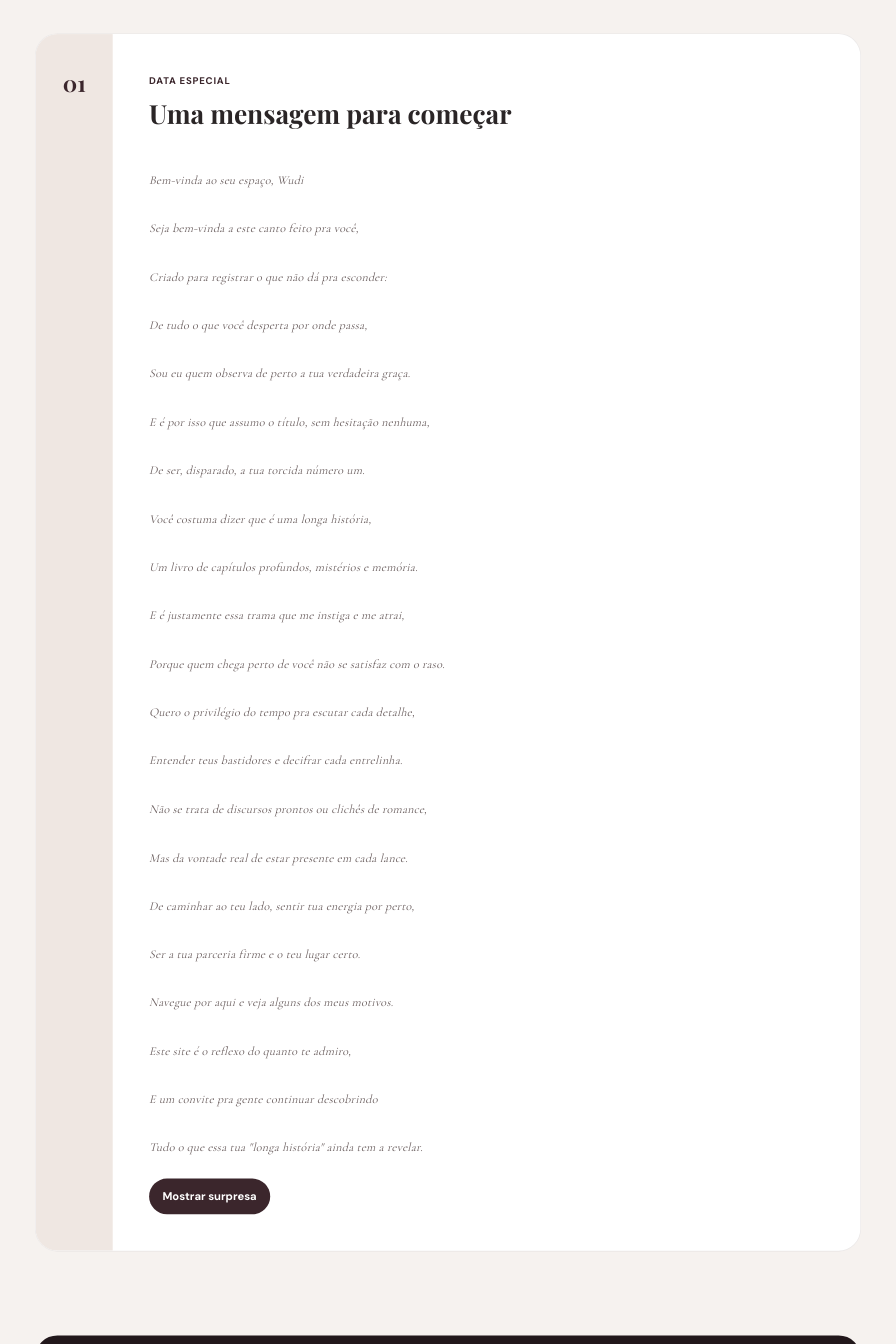
Repository: rrresck/do-seu-fa-numero-1
Page: index.html
These files come from the project's save history. The page is drawn as it stood at one moment and after the next save; the edit follows.
The browser window is 1280 px wide. The pictures show the part of the page from y = 1394 to 3314 px (the page is 3956 px tall before and 3542 px after), at 70% of full size.

Above is the page before, as saved 2026-07-24 18:17:49.

### index.html
<!DOCTYPE html>
<html lang="pt-BR">
<head>
    <meta charset="UTF-8">
    <meta
        name="viewport"
        content="width=device-width, initial-scale=1.0"
    >

    <meta
        name="description"
        content="Uma página especial feita para a Wudi, pelo seu fã número 1."
    >

    <title>Do seu fã número 1</title>

    <link rel="preconnect" href="https://fonts.googleapis.com">
    <link rel="preconnect" href="https://fonts.gstatic.com" crossorigin>

    <link
        href="https://fonts.googleapis.com/css2?family=DM+Sans:wght@400;500;600;700&family=Playfair+Display:wght@600;700&display=swap"
        rel="stylesheet"
    >

    <link
    href="https://fonts.googleapis.com/css2?family=Cormorant+Garamond:wght@400;500;600&display=swap"
    rel="stylesheet">

    <link rel="stylesheet" href="css/styles.css">
</head>

<body>
    <header class="hero">
        <nav class="navigation container">
            <a href="#inicio" class="logo">
                Do seu fã nº 1
            </a>

            <a href="#lembrancas" class="navigation-link">
                Capítulos
            </a>
        </nav>

    <div class="hero-content container" id="inicio">
        <div class="hero-copy">
                <span class="eyebrow">Uma pequena homenagem</span>

                <h1>Do seu fã nº 1</h1>

                <p class="hero-description">
                    Uma página feita com carinho para guardar mensagens,
                    momentos e lembranças especiais da Wudi.
                </p>

        <div class="hero-actions">
                    <a href="#lembrancas" class="button button-primary">
                        Ver capítulos!
                    </a>

                    <button
                        type="button"
                        class="button button-secondary"
                        id="musicButton"
                        aria-pressed="false"
                    >
                        Música do dia!
                    </button>
        </div>
    </div>

            <figure class="hero-photo">
                <img
                    src="img/wudi-destaque.jpg"
                    alt="Retrato especial da Wudi"
                >

                <figcaption>
                    A pessoa que inspirou esta página.
                </figcaption>
            </figure>
        </div>
        </div>

        <div class="hero-decoration" aria-hidden="true">
            <span>✦</span>
            <span>♡</span>
            <span>✦</span>
        </div>
    </header>

    <main>
        <section class="intro-section container">
            <div class="intro-card">
                <span class="section-label">Para a Wudi</span>

                <h2>Motivos pelos quais sou seu fã número 1!</h2>

                <p>
                    Este espaço irá reunir fotos, mensagens, músicas,
                    datas importantes e tudo aquilo que faz você
                    se tornar especial.
                </p>
            </div>
        </section>

        <section
            class="memories-section container"
            id="lembrancas"
        >
            <div class="section-heading">
                <span class="section-label">
                    Coisas que me encantam
                </span>

                <h2>
                    Memórias que me fazem sorrir
                </h2>

                <p>
                    Um detalhe por vez, um capítulo por dia.
                </p>
                <p>
                    Clique nos cartões para revelar cada momento.
                </p>
            </div>

            <div class="memories-grid">
                <article class="memory-card">
                    <div class="memory-number">01</div>

                    <div class="memory-content">
                        <time datetime="2026-01-01">
                            Data especial
                        </time>

                        <h3>Uma mensagem para começar</h3>

                        <blockquote class="memory-poem">
                        Bem-vinda ao seu espaço, Wudi

                        Seja bem-vinda a este canto feito pra você,

                        Criado para registrar o que não dá pra esconder:

                        De tudo o que você desperta por onde passa,

                        Sou eu quem observa de perto a tua verdadeira graça.

                        E é por isso que assumo o título, sem hesitação nenhuma,

                        De ser, disparado, a tua torcida número um.

                        Você costuma dizer que é uma longa história,

                        Um livro de capítulos profundos, mistérios e memória.

                        E é justamente essa trama que me instiga e me atrai,

                        Porque quem chega perto de você não se satisfaz com o raso.

                        Quero o privilégio do tempo pra escutar cada detalhe,

                        Entender teus bastidores e decifrar cada entrelinha.

                        Não se trata de discursos prontos ou clichês de romance,

                        Mas da vontade real de estar presente em cada lance.

                        De caminhar ao teu lado, sentir tua energia por perto,

                        Ser a tua parceria firme e o teu lugar certo.

                        Navegue por aqui e veja alguns dos meus motivos.

                        Este site é o reflexo do quanto te admiro,

                        E um convite pra gente continuar descobrindo

                        Tudo o que essa tua "longa história" ainda tem a revelar.
                            </blockquote>

                        <button
                            type="button"
                            class="reveal-button"
                            data-target="memoryImage1"
                        >
                            Mostrar surpresa
                        </button>

                        <div class="memory-image-wrapper"
                        id="memoryImage1"
                        hidden
                        >
                        <img src="img/foto-1.jpg"
                        alt="Primeira lembrança dedicada à Wudi"
                        >

                        <div class="memory-caption">
                            <span class="memory-caption-label">
                            O que eu nunca te disse:
                            </span>

                            <p>
                            Acho que essa foto transmite toda a sua leveza, Wudi! S2
                            </p>
                        </div>
                        </div>
                    </div>
                   </article>
               </div>
        </section>

        <section class="closing-section">
            <div class="container">
                <div class="closing-card">
                    <span class="closing-symbol" aria-hidden="true">
                        ♡
                    </span>

                    <h2>Feito para a Wudi</h2>

                    <p>
                        Porque algumas pessoas merecem páginas inteiras,
                        não apenas mensagens rápidas.
                    </p>

                    <span class="signature">
                        — Do seu fã número 1
                    </span>
                </div>
            </div>
        </section>
    </main>

    <footer>
        <div class="container footer-content">
            <p>
                Feito com carinho para a Wudi.
            </p>

            <a href="#inicio">
                Voltar ao início
            </a>
        </div>
    </footer>

    <audio id="backgroundMusic" loop>
        <source src="audio/musica.mp3" type="audio/mpeg">
    </audio>

    <script src="script.js"></script>
</body>
</html>

Loaded but not shown: script.js (51 lines, source omitted); css/styles.css (868 lines, source omitted)

After the next save:
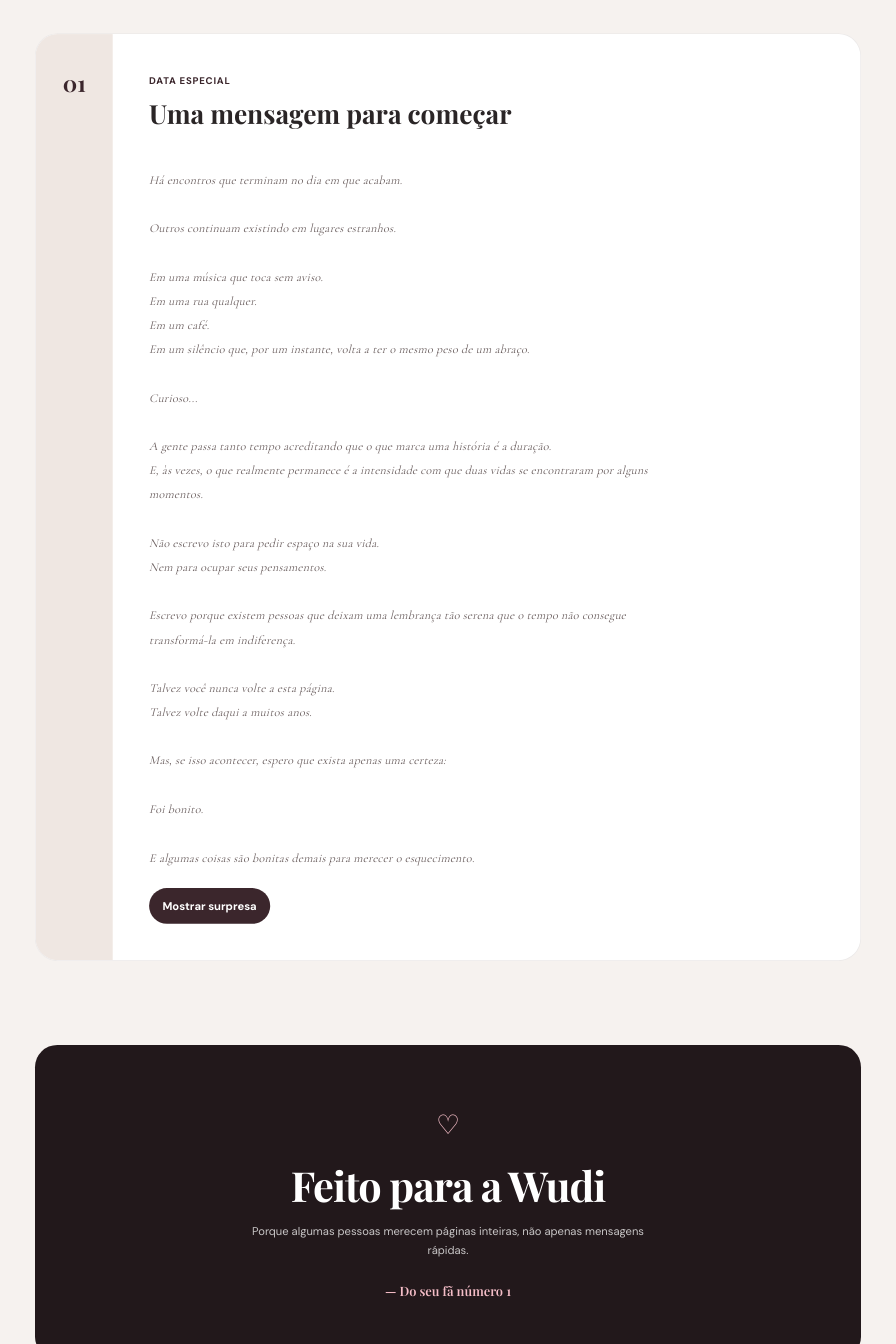
Saved 39 min 26 s later.
--- a/index.html
+++ b/index.html
@@ -136,47 +136,33 @@
                         <h3>Uma mensagem para começar</h3>
 
                         <blockquote class="memory-poem">
-                        Bem-vinda ao seu espaço, Wudi
-
-                        Seja bem-vinda a este canto feito pra você,
-
-                        Criado para registrar o que não dá pra esconder:
-
-                        De tudo o que você desperta por onde passa,
-
-                        Sou eu quem observa de perto a tua verdadeira graça.
-
-                        E é por isso que assumo o título, sem hesitação nenhuma,
-
-                        De ser, disparado, a tua torcida número um.
-
-                        Você costuma dizer que é uma longa história,
-
-                        Um livro de capítulos profundos, mistérios e memória.
-
-                        E é justamente essa trama que me instiga e me atrai,
-
-                        Porque quem chega perto de você não se satisfaz com o raso.
-
-                        Quero o privilégio do tempo pra escutar cada detalhe,
-
-                        Entender teus bastidores e decifrar cada entrelinha.
-
-                        Não se trata de discursos prontos ou clichês de romance,
-
-                        Mas da vontade real de estar presente em cada lance.
-
-                        De caminhar ao teu lado, sentir tua energia por perto,
-
-                        Ser a tua parceria firme e o teu lugar certo.
-
-                        Navegue por aqui e veja alguns dos meus motivos.
-
-                        Este site é o reflexo do quanto te admiro,
-
-                        E um convite pra gente continuar descobrindo
-
-                        Tudo o que essa tua "longa história" ainda tem a revelar.
+                            Há encontros que terminam no dia em que acabam.
+
+                            Outros continuam existindo em lugares estranhos.
+
+                            Em uma música que toca sem aviso.
+                            Em uma rua qualquer.
+                            Em um café.
+                            Em um silêncio que, por um instante, volta a ter o mesmo peso de um abraço.
+
+                            Curioso...
+
+                            A gente passa tanto tempo acreditando que o que marca uma história é a duração.
+                            E, às vezes, o que realmente permanece é a intensidade com que duas vidas se encontraram por alguns momentos.
+
+                            Não escrevo isto para pedir espaço na sua vida.
+                            Nem para ocupar seus pensamentos.
+
+                            Escrevo porque existem pessoas que deixam uma lembrança tão serena que o tempo não consegue transformá-la em indiferença.
+
+                            Talvez você nunca volte a esta página.
+                            Talvez volte daqui a muitos anos.
+
+                            Mas, se isso acontecer, espero que exista apenas uma certeza:
+
+                            Foi bonito.
+
+                            E algumas coisas são bonitas demais para merecer o esquecimento.
                             </blockquote>
 
                         <button
@@ -201,7 +187,9 @@
                             </span>
 
                             <p>
-                            Acho que essa foto transmite toda a sua leveza, Wudi! S2
+                                A melhor lembrança que tenho de você não aparece em nenhuma foto.
+
+                                E talvez justamente por isso ela nunca tenha deixado de existir.
                             </p>
                         </div>
                         </div>
